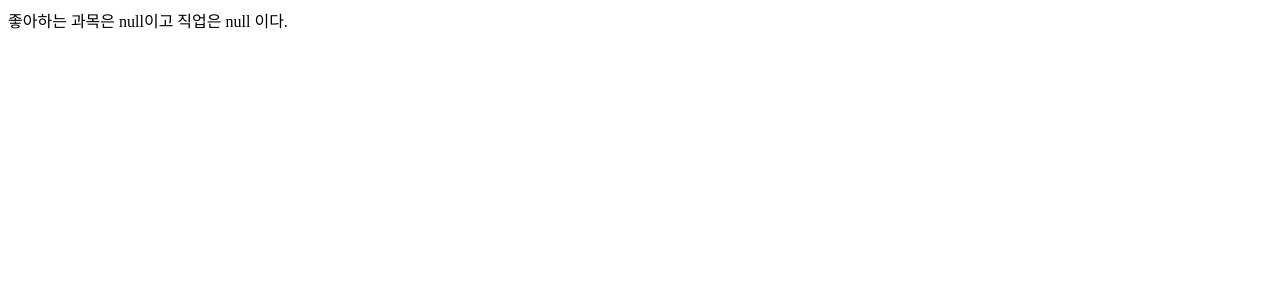
Repository: Jin0207/html_css
Page: http://localhost/day1130/selectTestOK.jsp
The author's editor kept a copy of each file at every save. The page is drawn from the files as they stood at one save, then again after the next save.
The browser window is 1280 px wide. The pictures show the whole page.
The page is served by Tomcat 9. Other server files are loaded and not shown.

Above is the page before, as saved 2021-11-30 05:15:16.

### day1130/src/main/webapp/selectTestOK.jsp
<%@ page language="java" contentType="text/html; charset=EUC-KR"
    pageEncoding="EUC-KR"%>
<!DOCTYPE html>
<html>
<head>
<meta charset="EUC-KR">
<title>Insert title here</title>
</head>
<body>
	<%
		request.setCharacterEncoding("euc-kr");
		String subject = request.getParameter("subject");
		String job = request.getParameter("job");
	%>
	좋아하는 과목은 <%=subject %>이고
	직업은 <%=job %> 이다.
</body>
</html>

After the next save:
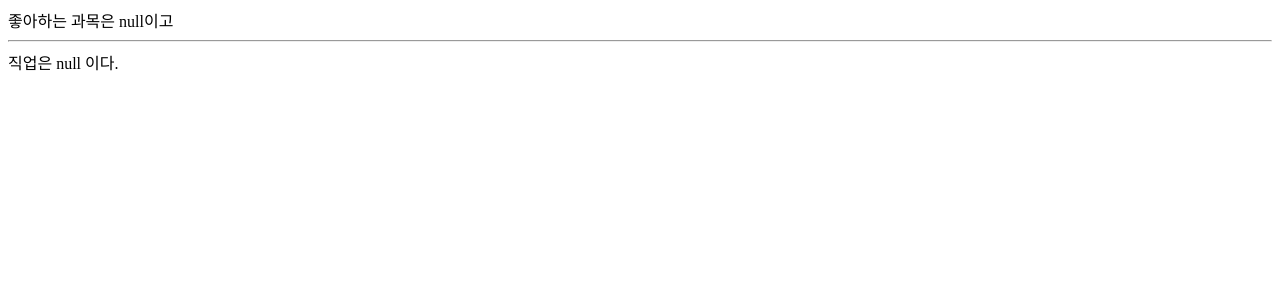
Saved 29 s later.
--- a/day1130/src/main/webapp/selectTestOK.jsp
+++ b/day1130/src/main/webapp/selectTestOK.jsp
@@ -12,7 +12,7 @@
 		String subject = request.getParameter("subject");
 		String job = request.getParameter("job");
 	%>
-	좋아하는 과목은 <%=subject %>이고
+	좋아하는 과목은 <%=subject %>이고 <hr>
 	직업은 <%=job %> 이다.
 </body>
 </html>
